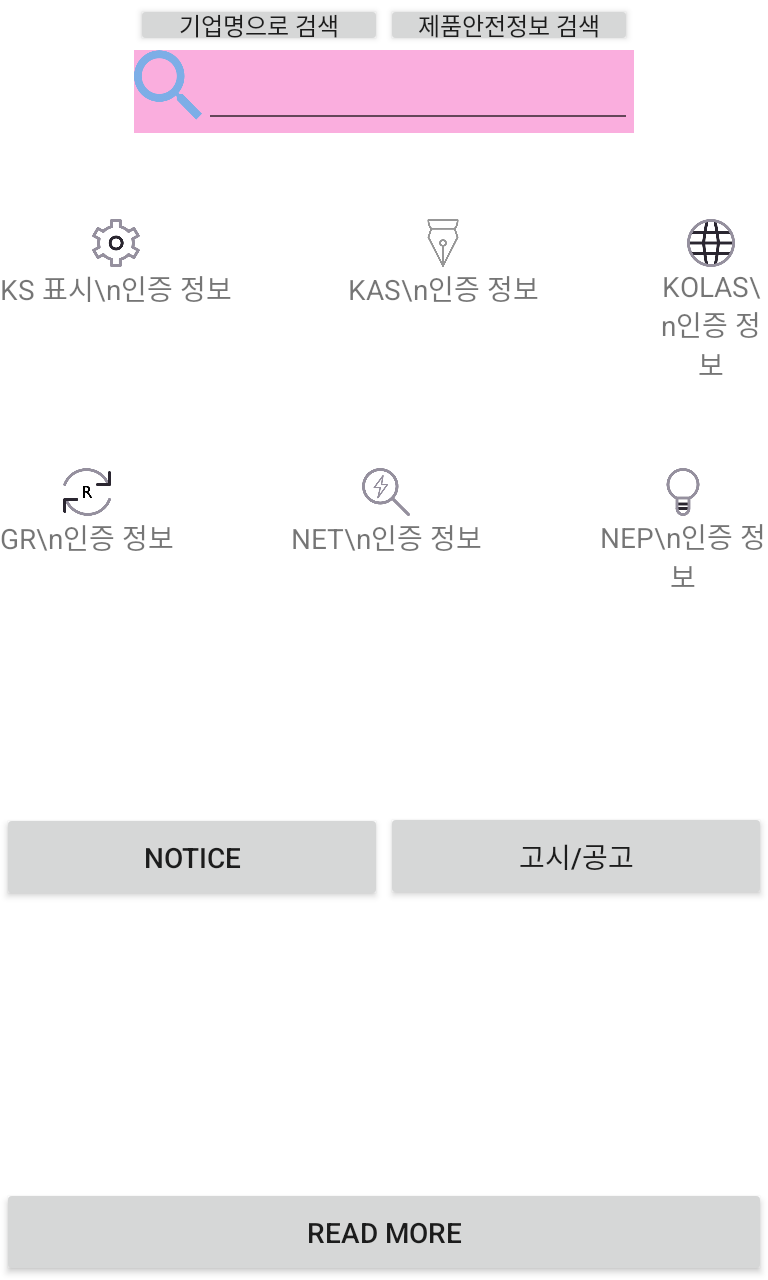
Repository: team-peony/ccfinder
Layout: android/CertifiedCompanyFinder/res/layout/fragment_main.xml
The author's editor kept a copy of each file at every save. The layout is drawn from the files as they stood at one save, then again after the next save.
It is drawn on a 768 x 1280 px phone screen (xhdpi) without system bars, with theme AppTheme; the app's code is not run. Lists and similar views that code fills are empty.

Above is the layout before, as saved 2015-02-18 17:23:19.

### android/CertifiedCompanyFinder/res/layout/fragment_main.xml
<RelativeLayout xmlns:android="http://schemas.android.com/apk/res/android"
    xmlns:tools="http://schemas.android.com/tools"
    android:layout_width="match_parent"
    android:layout_height="match_parent"
    android:background="#FFFFFF"
    tools:context="com.peony.ccfinder.MainActivity$PlaceholderFragment" >

    <!-- 검색어 입력창 부분 -->
    <LinearLayout
        android:id="@+id/main_llSearch"
        android:layout_centerHorizontal="true"
        android:layout_width="250dp"
        android:layout_height="wrap_content"
        android:orientation="vertical">

        <LinearLayout
            android:layout_width="match_parent"
            android:layout_height="wrap_content"
            android:orientation="horizontal">
            <Button
                android:id="@+id/main_btnCompany"
                android:layout_width="0dp"
                android:layout_height="25dp"
                android:layout_weight="1"
                android:padding="0dp"
                android:textSize="12sp"
                android:text="기업명으로 검색"/>

            <Button
                android:id="@+id/main_btnSafety"
                android:layout_width="0dp"
                android:layout_height="25dp"
                android:layout_weight="1"
                android:padding="0dp"
                android:textSize="12sp"
                android:text="제품안전정보 검색"/>

        </LinearLayout>

        <LinearLayout
            android:layout_width="match_parent"
            android:layout_height="wrap_content"
            android:orientation="horizontal"
            android:background="@color/cc_color_bage">

            <ImageView
                android:layout_width="34dp"
                android:layout_height="35dp"
                android:src="@drawable/search_icon" />

            <EditText
                android:id="@+id/main_etKeyword"
                android:layout_width="match_parent"
                android:layout_height="wrap_content"/>

        </LinearLayout>
    </LinearLayout>


    <!-- 카테고리 부분 -->
    <LinearLayout
        android:id="@+id/main_llCategories"
        android:layout_width="wrap_content"
        android:layout_height="wrap_content"
        android:layout_marginTop="43dp"
        android:orientation="vertical"
        android:layout_centerHorizontal="true"
        android:layout_below="@id/main_llSearch">
        <!-- 카테고리 상단 -->
        <LinearLayout
            android:layout_width="wrap_content"
            android:layout_height="wrap_content"
            android:orientation="horizontal">

            <!-- KS -->
            <LinearLayout
                android:id="@+id/main_llCategoryKs"
                android:layout_width="wrap_content"
                android:layout_height="wrap_content"
                android:orientation="vertical"
                android:gravity="center">
	            <ImageView
	                android:layout_width="@dimen/category_icon_size"
	                android:layout_height="@dimen/category_icon_size"
	                android:src="@drawable/ks_icon" />

	            <TextView
	                android:layout_width="wrap_content"
	                android:layout_height="wrap_content"
	                android:text="KS 표시\n인증 정보"
	                android:gravity="center"/>
	        </LinearLayout>

            <!-- KAS -->
            <LinearLayout
                android:id="@+id/main_llCategoryKas"
                android:layout_width="wrap_content"
                android:layout_height="wrap_content"
                android:layout_marginLeft="@dimen/category_padding"
                android:layout_marginRight="@dimen/category_padding"
                android:orientation="vertical"
                android:gravity="center">
	            <ImageView
	                android:layout_width="@dimen/category_icon_size"
	                android:layout_height="@dimen/category_icon_size"
	                android:src="@drawable/kas_icon" />

	            <TextView
	                android:layout_width="wrap_content"
	                android:layout_height="wrap_content"
	                android:text="KAS\n인증 정보"
	                android:gravity="center"/>
	        </LinearLayout>

            <!-- KOLAS -->
            <LinearLayout
                android:id="@+id/main_llCategoryKolas"
                android:layout_width="wrap_content"
                android:layout_height="wrap_content"
                android:orientation="vertical"
                android:gravity="center">
	            <ImageView
	                android:layout_width="@dimen/category_icon_size"
	                android:layout_height="@dimen/category_icon_size"
	                android:src="@drawable/kolas_icon" />

	            <TextView
	                android:layout_width="wrap_content"
	                android:layout_height="wrap_content"
	                android:text="KOLAS\n인증 정보"
	                android:gravity="center"/>
	        </LinearLayout>

        </LinearLayout>


        <!-- 카테고리 하단 -->
        <LinearLayout
            android:layout_marginTop="42dp"
            android:layout_width="wrap_content"
            android:layout_height="wrap_content"
            android:orientation="horizontal">
            <!-- GR -->
            <LinearLayout
                android:id="@+id/main_llCategoryGr"
                android:layout_width="wrap_content"
                android:layout_height="wrap_content"
                android:orientation="vertical"
                android:gravity="center">
	            <ImageView
	                android:layout_width="@dimen/category_icon_size"
	                android:layout_height="@dimen/category_icon_size"
	                android:src="@drawable/gr_icon" />

	            <TextView
	                android:layout_width="wrap_content"
	                android:layout_height="wrap_content"
	                android:text="GR\n인증 정보"
	                android:gravity="center"/>
	        </LinearLayout>

            <!-- NET -->
            <LinearLayout
                android:id="@+id/main_llCategoryNet"
                android:layout_width="wrap_content"
                android:layout_height="wrap_content"
                android:layout_marginLeft="@dimen/category_padding"
                android:layout_marginRight="@dimen/category_padding"
                android:orientation="vertical"
                android:gravity="center">
	            <ImageView
	                android:layout_width="@dimen/category_icon_size"
	                android:layout_height="@dimen/category_icon_size"
	                android:src="@drawable/net_icon" />

	            <TextView
	                android:layout_width="wrap_content"
	                android:layout_height="wrap_content"
	                android:text="NET\n인증 정보"
	                android:gravity="center"/>
	        </LinearLayout>

            <!-- NEP -->
            <LinearLayout
                android:id="@+id/main_llCategoryNep"
                android:layout_width="wrap_content"
                android:layout_height="wrap_content"
                android:orientation="vertical"
                android:gravity="center">
	            <ImageView
	                android:layout_width="@dimen/category_icon_size"
	                android:layout_height="@dimen/category_icon_size"
	                android:src="@drawable/nep_icon" />

	            <TextView
	                android:layout_width="wrap_content"
	                android:layout_height="wrap_content"
	                android:text="NEP\n인증 정보"
	                android:gravity="center"/>
	        </LinearLayout>

        </LinearLayout>

    </LinearLayout>

    <!-- 공지 사항 -->
    <LinearLayout
        android:id="@+id/main_llNoticeArea"
        android:layout_width="match_parent"
        android:layout_height="wrap_content"
        android:orientation="vertical"
        android:layout_alignParentBottom="true">

        <!-- 공지 탭 -->
        <LinearLayout
            android:layout_width="match_parent"
            android:layout_height="wrap_content"
            android:orientation="horizontal">
            <Button
	            android:id="@+id/main_btnTabNotice"
	            android:layout_width="0dp"
	            android:layout_height="wrap_content"
	            android:layout_weight="1"
	            android:text="NOTICE"/>

	        <Button
	            android:id="@+id/main_btnTabGosi"
	            android:layout_width="0dp"
	            android:layout_height="wrap_content"
	            android:layout_weight="1"
	            android:text="고시/공고"/>
        </LinearLayout>

        <ListView
            android:id="@+id/main_lvNotices"
            android:layout_width="match_parent"
            android:layout_height="140dp"/>

        <Button
	            android:id="@+id/main_btnReadMore"
	            android:layout_width="match_parent"
	            android:layout_height="wrap_content"
	            android:text="Read more"/>
    </LinearLayout>

</RelativeLayout>

### android/CertifiedCompanyFinder/res/values/styles.xml
<resources>

    <!--
        Base application theme, dependent on API level. This theme is replaced
        by AppBaseTheme from res/values-vXX/styles.xml on newer devices.
    -->
    <style name="AppBaseTheme" parent="Theme.AppCompat.Light">
        <!--
            Theme customizations available in newer API levels can go in
            res/values-vXX/styles.xml, while customizations related to
            backward-compatibility can go here.
        -->
    </style>

    <!-- Application theme. -->
    <style name="AppTheme" parent="AppBaseTheme">
        <!-- All customizations that are NOT specific to a particular API-level can go here. -->
    </style>

</resources>

### android/CertifiedCompanyFinder/res/values/colors.xml
<?xml version="1.0" encoding="utf-8"?>
<resources>
    <color name="cc_color_bage">#faaede</color>

</resources>

### android/CertifiedCompanyFinder/res/values/dimens.xml
<resources>

    <!-- Default screen margins, per the Android Design guidelines. -->
    <dimen name="activity_horizontal_margin">16dp</dimen>
    <dimen name="activity_vertical_margin">16dp</dimen>
	<dimen name="category_icon_size">24dp</dimen>
	<dimen name="category_padding">58dp</dimen>
</resources>

Loaded but not shown: android/CertifiedCompanyFinder/res/values-v11/styles.xml (common file); android/CertifiedCompanyFinder/res/values-v14/styles.xml (common file)

After the next save:
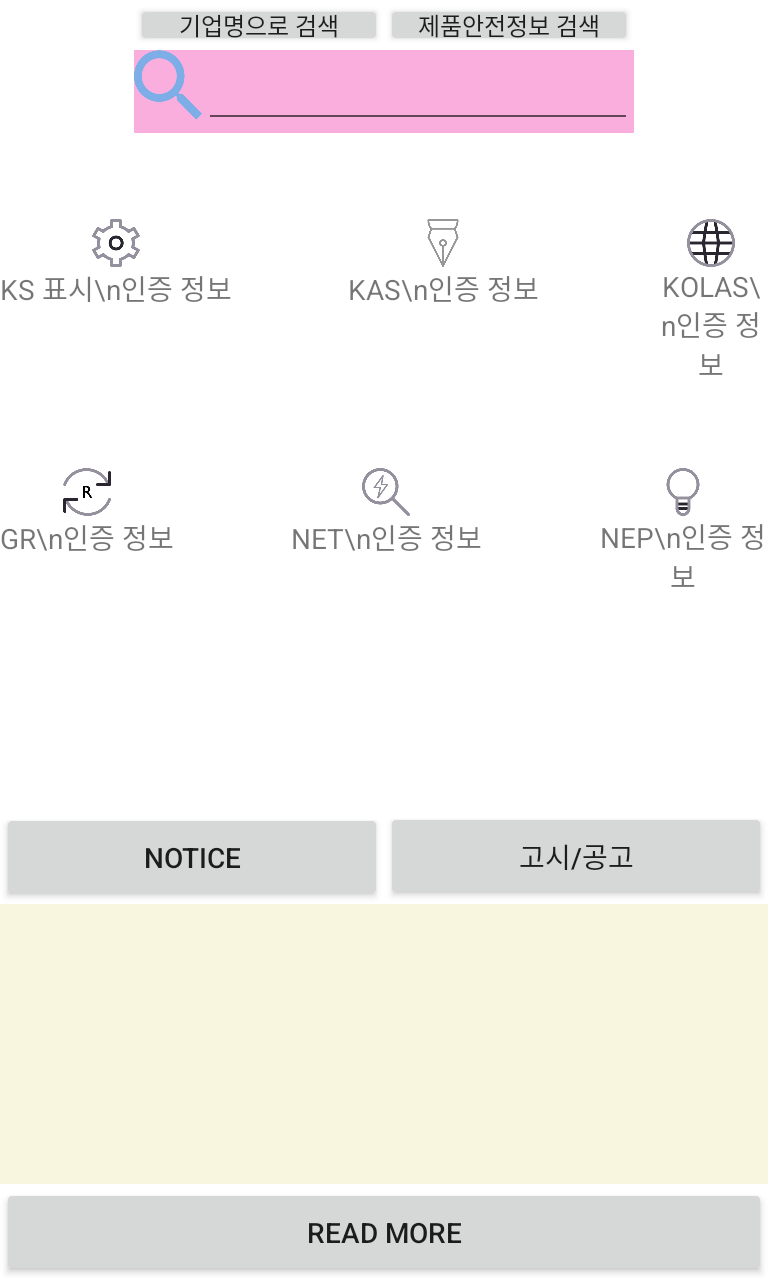
Saved 17 h 7 min later.
--- a/android/CertifiedCompanyFinder/res/layout/fragment_main.xml
+++ b/android/CertifiedCompanyFinder/res/layout/fragment_main.xml
@@ -234,7 +234,8 @@
         <ListView
             android:id="@+id/main_lvNotices"
             android:layout_width="match_parent"
-            android:layout_height="140dp"/>
+            android:layout_height="140dp"
+            android:background="#F8F6DF"/>
 
         <Button
 	            android:id="@+id/main_btnReadMore"
